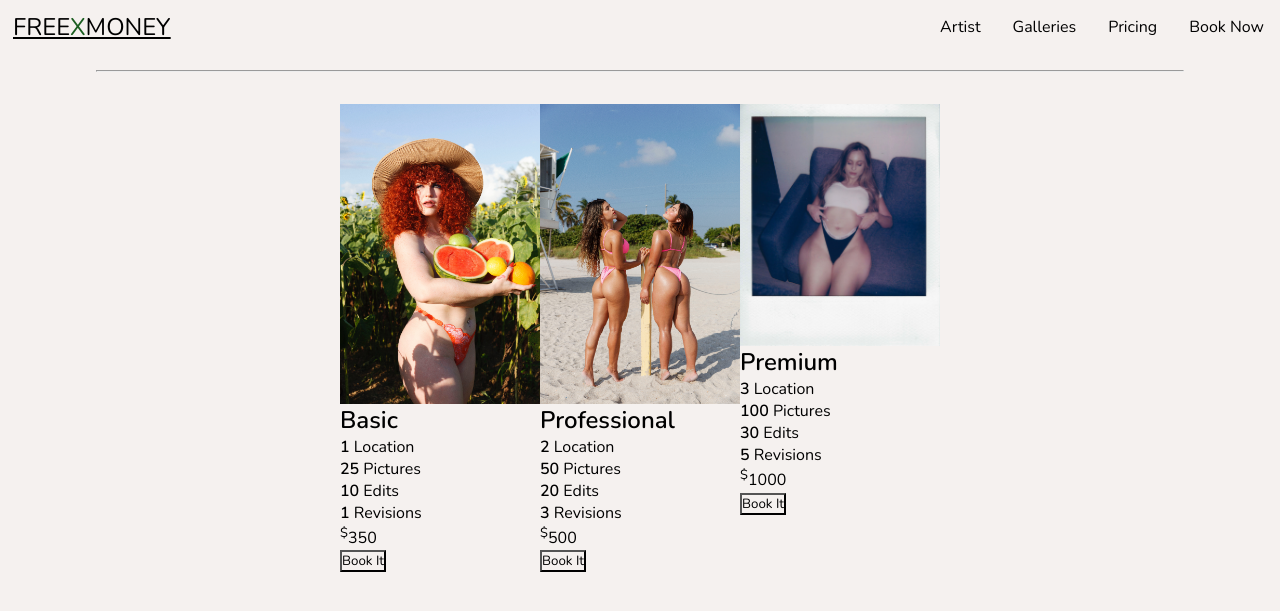
Repository: burntaftermint/freexmoney-draft
Page: price.html
The author's editor kept a copy of each file at every save. The page is drawn from the files as they stood at one save, then again after the next save.
The browser window is 1280 px wide. The pictures show the whole page.
Some web fonts or font styles are not loaded; a fallback is used.

Above is the page before, as saved 2024-06-11 01:44:39.

### price.html
<!DOCTYPE html>
<html lang="en">
<head>
    <meta charset="UTF-8">
    <meta http-equiv="X-UA-Compatible" content="IE=edge">
    <meta name="viewport" content="width=device-width, initial-scale=1.0">
    <script src="script.js" defer></script>
    <title>FREEXMONEY</title>
    <link rel="preconnect" href="https://fonts.googleapis.com">
    <link rel="preconnect" href="https://fonts.gstatic.com" crossorigin>
    <link href="https://fonts.googleapis.com/css2?family=Architects+Daughter&family=Kumbh+Sans:wght@400;700&family=Montserrat:ital,wght@0,100;0,200;0,300;0,400;0,500;0,600;0,700;0,800;0,900;1,100;1,200;1,300;1,400;1,500;1,600;1,700;1,800;1,900&family=Nunito:wght@300;400;500;600&family=Roboto:wght@300&family=Rubik:wght@400;500;600;700;800&family=Yantramanav:wght@500&display=swap" rel="stylesheet">
    <link rel="stylesheet" type="text/css" href="style.css">
</head>
<body>
    <nav class="navbar">
        <div class="nav-title">
            <a href="index.html">FREE<span>X</span>MONEY</a>
        </div>
        <a href="#" class="toggle-button">
            <span class="bar"></span>
            <span class="bar"></span>
            <span class="bar"></span>
        </a>
        <div class="navbar-links">
            <ul>
                <li><a href="artist.html">Artist</a></li>
                <li><a href="gallery.html">Galleries</a></li>
                <li><a href="pricing.html">Pricing</a></li>
                <li><a href="home.html">Book Now</a></li>
            </ul>
        </div>
    </nav>
    <hr>
    <section class="pricing">
        <div class="card-wrapper">
            <!-- card header -->
            <div class="card-header">
                <img src="images/2.JPG" alt="basic">
                <h2>Basic</h2>
            </div>
            <!-- card detail -->
            <div class="card-detail">
                <p><span class="fas fa-check check"></span><b>1</b> Location </p>
                <p><span class="fas fa-check check"></span><b>25</b> Pictures </p>
                <p><span class="fas fa-check check"></span><b>10</b> Edits </p>
                <p><span class="fas fa-check check"></span><b>1</b> Revisions </p>

            </div>
            <!-- card price -->
            <div class="card-price">
                <p><sup>$</sup>350</p>
            </div>
            <!-- button -->
            <button class="card-button">Book It</button>
        </div>

        <div class="card-wrapper">
            <!-- card header -->
            <div class="card-header">
                <img src="images/10.JPG" alt="basic">
                <h2>Professional</h2>
            </div>
            <!-- card detail -->
            <div class="card-detail">
                <p><span class="fas fa-check check"></span><b>2</b> Location </p>
                <p><span class="fas fa-check check"></span><b>50</b> Pictures </p>
                <p><span class="fas fa-check check"></span><b>20</b> Edits </p>
                <p><span class="fas fa-check check"></span><b>3</b> Revisions </p>

            </div>
            <!-- card price -->
            <div class="card-price">
                <p><sup>$</sup>500</p>
            </div>
            <!-- button -->
            <button class="card-button">Book It</button>
        </div>

        <div class="card-wrapper">
            <!-- card header -->
            <div class="card-header">
                <img src="images/7.JPG" alt="basic">
                <h2>Premium</h2>
            </div>
            <!-- card detail -->
            <div class="card-detail">
                <p><span class="fas fa-check check"></span><b>3</b> Location </p>
                <p><span class="fas fa-check check"></span><b>100</b> Pictures </p>
                <p><span class="fas fa-check check"></span><b>30</b> Edits </p>
                <p><span class="fas fa-check check"></span><b>5</b> Revisions </p>

            </div>
            <!-- card price -->
            <div class="card-price">
                <p><sup>$</sup>1000</p>
            </div>
            <!-- button -->
            <button class="card-button">Book It</button>
        </div>

    </section>

</body>
</html>

### style.css

* {
    margin: 0;
    padding: 0;
    box-sizing: border-box;
    font-family: 'Nunito', sans-serif;
    background-color: #f5f1ef;
}

.container {
    display: flex;
    flex-direction: column;
    justify-content: center;
    align-items: center;
    text-align: center;
    margin: 15px 20px 0 20px;
}

.social-links img {
    width: 50px;

    margin: 20px;
    cursor: pointer;
}

.social-links {
    text-align: center;
}

hr {
    margin: 1rem 6rem 0 6rem;
}


.container .heading {
    width: 50%;
    padding-bottom: 20px;
}

.container .heading h3 {
    font-size: 3em;
    font-weight: 400;
    border-bottom: 3px solid #1b5e20;

}

.container .heading h3 span {
    color: #1b5e20;
    font-weight: 600;
}

.container .box {
    display: flex;
    flex-direction: row;
    justify-content: space-between;

}

.container .box .row1 {
    display: flex;
    flex-direction: column;
    width: 32.5%;
}

.container .box .row1 img {
    width: 100%;
    padding-bottom: 10px;
    animation: fadeInUp 2s ease;
}

.container .box .row1 img:hover{
    opacity: 0.5;
    transition: 0.2s ease;

}

.container .btn {
    margin: 40px 0 70px 0;
    background: #1b5e20;
    padding: 15px 40px ;
    border-radius: 5px;
}


.container .btn a {
    text-decoration: none;
    background-color: transparent;
    color: #f5f5f5;
    font-weight: bolder;
    letter-spacing: 1px;
}

.container .heading a {
    text-decoration: none;
    color: black;
}
.container .heading a:hover {

    color: #f06292;
}

.container .btn a:hover {
    text-decoration: none;
    background-color: transparent;
    color: #f06292;
    font-weight: bolder;

}

/* gallery css */
.gallery-container {
    width: 100%;
    min-height: 100vh;
    display: flex;
    justify-content: center;
    align-items: center;
    padding: 0px 90px;
}

.gallery-content-section {
    display: flex;
    justify-content: center;
    align-items: center;
    text-align: center;
    animation: fadeInRight 2s ease;
}

.gallery-content-section .gallery-card {
    flex: 1;
    margin: 20px 20px;
    box-shadow: 0px 2px 8px 0px rgba(0,0,0,0.2);
    border-radius: 5px;
}

.gallery-content-section .gallery-card:hover {
    transform: scale(1.2);
    cursor: pointer;
}

.gallery-content-section .gallery-card img {
    width: 100%;
    height: auto;
    border-radius: 5px;
}

.gallery-content-section .gallery-card h2 {
    margin: 15px 0px;
    font-size: 28px;
    color: #f06292;
}

.gallery-content-section .gallery-card p {
    font-size: 16px;
    line-height: 1.5;
    padding: 0px 10px;
    margin-bottom: 20px;
}

.galleryh1 {
    text-align: center;
    font-size: 55px;
    color: #1b5e20;
}

/* home css */

.hero {
    background-color: #f5f1ef;
    overflow: hidden;
}

.home-heading h1 {
    color: #1b5e20;
    font-size: 55px;
    text-align: center;
    margin-top: 35px;
    margin-bottom: -30px;
}

.hero-content p {
    font-size: 24px;
    line-height: 1.5;
    margin-bottom: 40px;
    color: rgb(39, 39, 39);
}

.hero-btn {
    display: inline-block;
    background-color: #1b5e20;
    margin-top: -20px;
    padding: 12px 24px;
    border-radius: 5px;
    font-size: 20px;
    border: none;
    cursor: pointer;
    transition: 0.3s ease;
    font-weight: bolder;
    letter-spacing: 1px;
}
.hero-btn a {

    text-decoration: none;
    background-color: transparent;
    color: #f5f5f5;
}
.hero-btn a:hover {

    color: #f06292;
}
.container_home {
    display: flex;
    justify-content: center;
    align-items: center;
    width: 90%;
    margin: 65px auto;
}
.hero-content {
    flex: 1;
    width: 600px;
    margin: 0px 25px;
    animation: fadeInUp 2s ease;
}
.hero-image {
    flex: 1;
    width: 600px;
    margin: auto;
    animation: fadeInRight 2s ease;
}

.hero-content h2 {
    color: #f06292;
    font-size: 38px;
    margin-bottom: 10px;
}

.hero img {
width: 100%;
height: auto;
border-radius: 10px;
}

/* navbar css */
.navbar {
    display: flex;
    justify-content: space-between;
    align-items: center;
    background-color: #f5f1ef;


}

.nav-title {
    background-color: transparent;
    text-decoration: underline;
}
.nav-title a{
    color: black;

}
.nav-title a:hover{
    color: #f06292;
}
.nav-title span{
    background-color: transparent;
    color: #1b5e20;
}

.navbar-links ul {
    margin: 0;
    padding: 0;
    display: flex;
}

.navbar-links li {
    list-style: none;

}

.navbar-links li a {
    text-decoration: none;
    color: black;
    padding: 1rem;
    display: block;



}

.navbar-links li a:hover{
    color: #f06292;
}
.nav-title {
    font-size: 1.5rem;
    margin: .5rem;
    padding-left: 5px;

}

.toggle-button {
    position: absolute;
    top: .75rem;
    right: 1rem;
    display: none;
    flex-direction: column;
    justify-content: space-between;
    width: 30px;
    height: 21px;
}

.toggle-button .bar {
    height: 3px;
    width: 100%;
    background-color: black;
    border-radius: 10px;
}

/* Pricing css */

.pricing {
    display: flex;
    justify-content: center;
    flex-wrap: wrap;
    width: 100%;
    padding: 2rem;
}

.card-header >img {
    width: 200px;
    display: block;
    margin: 0 auto;
}








.pricing-card li {
    background-color: #fa7fa8;
}
.pricing-card strong {
    background-color: #fa7fa8;
}
.pricing-card sup {
    background-color: #fa7fa8;
}

.price {
    background-color: #fa7fa8;
    font-size: 70px;
    color: #f5f1ef;
    margin: 40px 0;
    transition: .2s linear;
}

.price sup, .price span {
    font-size: 22px;
    font-weight: 700;
}









@media only screen and (max-width: 1000px) {
    .gallery-content-section {
        flex-direction: column;
    }

    .pricing-card {
        flex: 50%;

    }

    .pricing-card-header {
        font-size: 10.5px;
    }

    .price {
        font-size: 45px;
    }

    .pricing-card li {
        font-size: 15px;
    }



}




@media only screen and (max-width: 769px) {
    .container .box {
        flex-direction: column;
    }
    .container .box .row1 {
        width: 100%;
    }
    .home-heading h1 {
        font-size: 45px;
        margin-top: 30px;
    }

    .hero {
        margin: 0px;

    }
    .container_home {
        width: 100%;
        flex-direction: column;
        margin: 0px;
        padding: 0px 40px;

    }
    .hero-content {
        width: 100%;
        margin: 35px 0px;
    }
    .hero-content h2 {
        font-size: 30px;

    }
    .hero-content p {
        font-size: 18px;
        margin-bottom: 20px;
    }
    .hero-btn {
        font-size: 16px;
        padding: 8px 16px;

    }
    .hero-image {
        width: 100%;
    }

    .pricing-card {
        flex: 50%;

    }

    .pricing-card-header {
        font-size: 6px;
    }

    .price {
        font-size: 35px;
    }

    .pricing-card li {
        font-size: 15px;
    }


}






@media only screen and (max-width: 718px) {
    .container .heading {
        width: 100%;

    }

    .container .heading h3 {
        font-size: 2.5em;


    }
}

@media only screen and (max-width: 549px) {
    .toggle-button {
        display: flex;

    }
    .navbar-links {
        display: none;
        width: 100%;

    }
    .navbar {
        flex-direction: column;
        align-items: flex-start;
    }

    .navbar-links ul {
        width: 100%;
        flex-direction: column;
    }

    .navbar-links li {
        text-align: center;
    }

    .navbar-links li a {
        padding: .3rem .7rem;
    }

    .navbar-links.active {
        display: flex;
    }
}

@media only screen and (max-width: 510px) {
    .gallery-card {
        width: 150%;

    }
}

@media only screen and (max-width: 400px) {
    .pricingh1 {
        margin-bottom: -175px;
    }
}

@keyframes fadeInUp {
    0% {
        opacity: 0;
        transform: translateY(50px);
    }
    100% {
        opacity: 1;
        transform: translateY(0px);
    }
}


@keyframes fadeInRight {
    0% {
        opacity: 0;
        transform: translateX(-50px);
    }
    100% {
        opacity: 1;
        transform: translateX(0px);
    }
}

Loaded but not shown: script.js (common file)

After the next save:
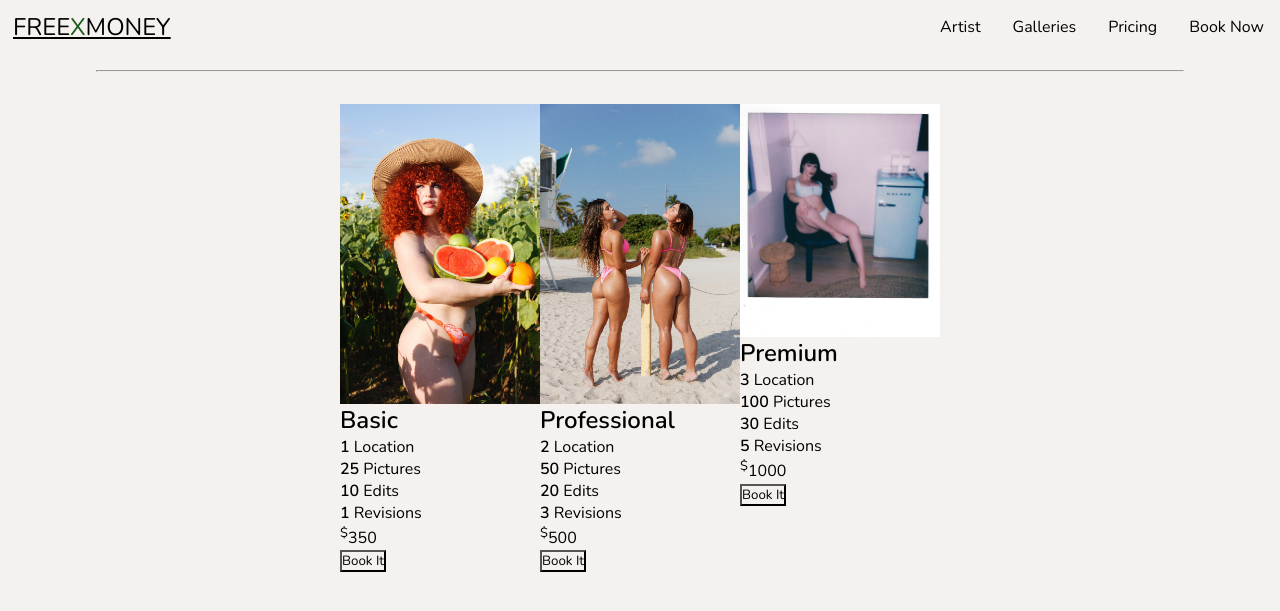
Saved 67 s later.
--- a/price.html
+++ b/price.html
@@ -79,7 +79,7 @@
         <div class="card-wrapper">
             <!-- card header -->
             <div class="card-header">
-                <img src="images/7.JPG" alt="basic">
+                <img src="images/6.JPG" alt="basic">
                 <h2>Premium</h2>
             </div>
             <!-- card detail -->
